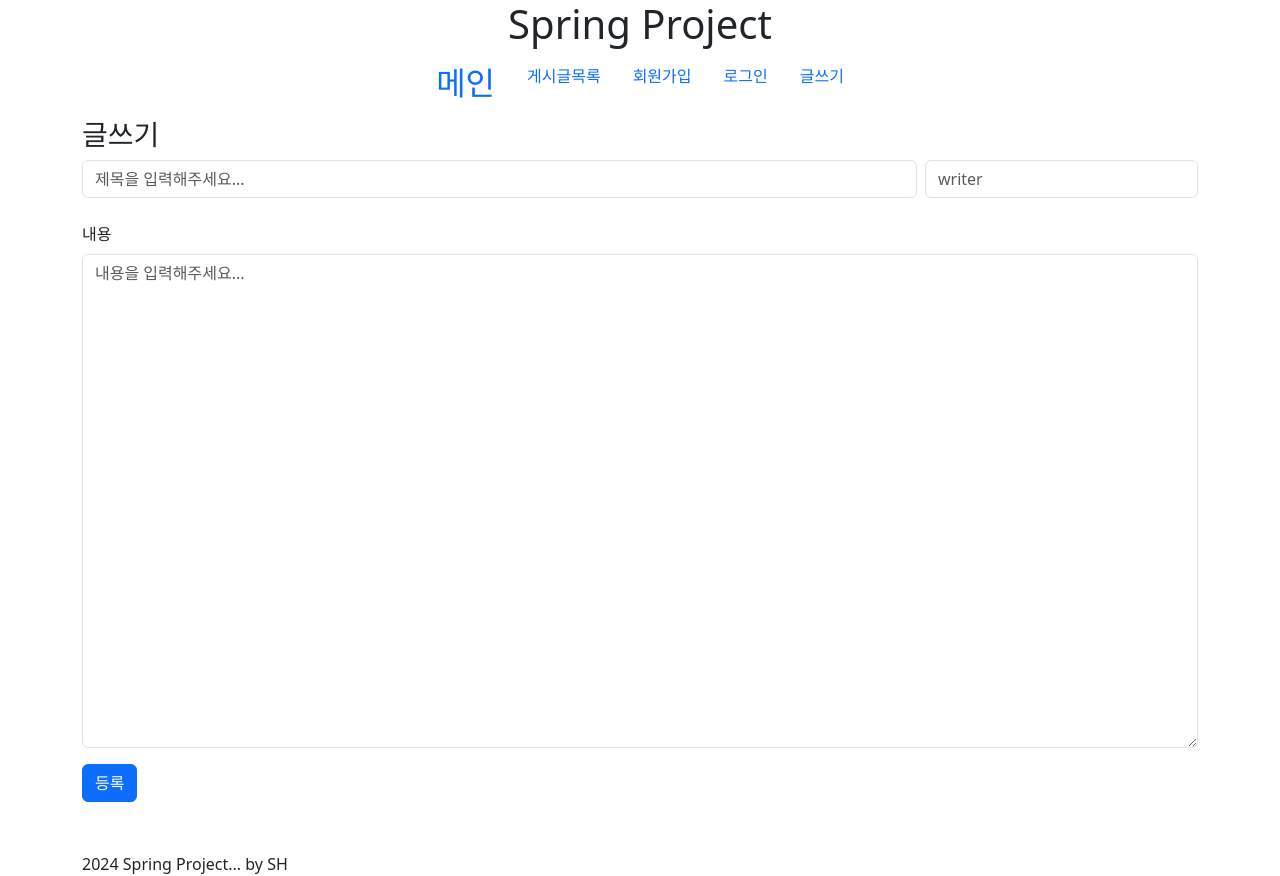
Repository: dtkd19/spring_personal_project
Page: http://localhost/myproject/WEB-INF/views/board/register.jsp
These files come from the project's save history. The page is drawn as it stood at one moment and after the next save; the edit follows.
The browser window is 1280 px wide. The pictures show the whole page.
The page is served by Tomcat 9. Nobody is signed in. The template is opened directly, without the code that normally fills it, so the values that code supplies are empty.

Above is the page before, as saved 2024-11-07 02:08:14.

After the next save:
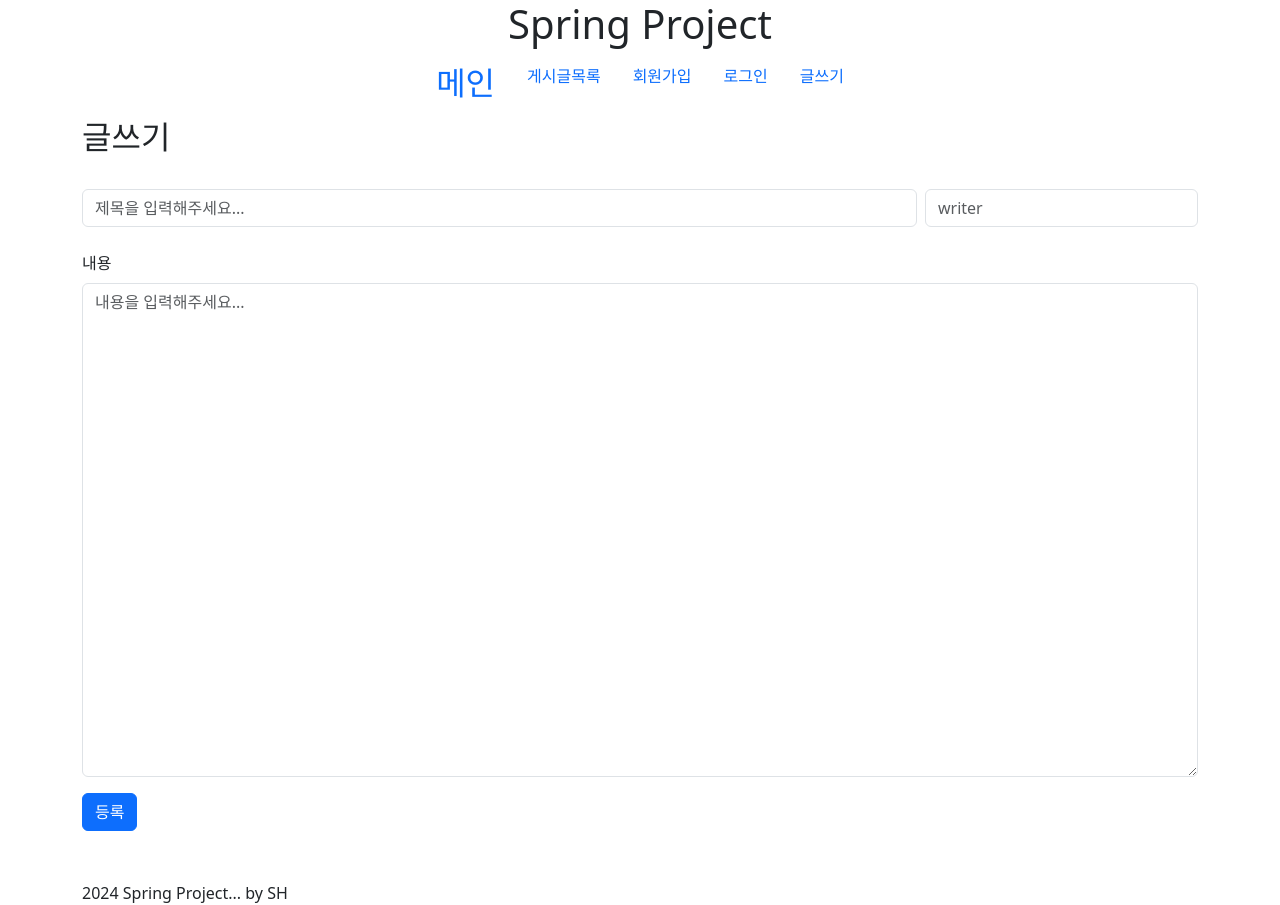
Saved 13 s later.
--- a/myproject/src/main/webapp/WEB-INF/views/board/register.jsp
+++ b/myproject/src/main/webapp/WEB-INF/views/board/register.jsp
@@ -5,7 +5,7 @@
 <jsp:include page="../layout/header.jsp" />
 
 <div class="container-md">
-	<h3>글쓰기</h3>
+	<h2>글쓰기</h2> <br>
 	<form action="/board/register" method="post">
 		<div class="row g-2">
 		  <div class="col-sm-9">
